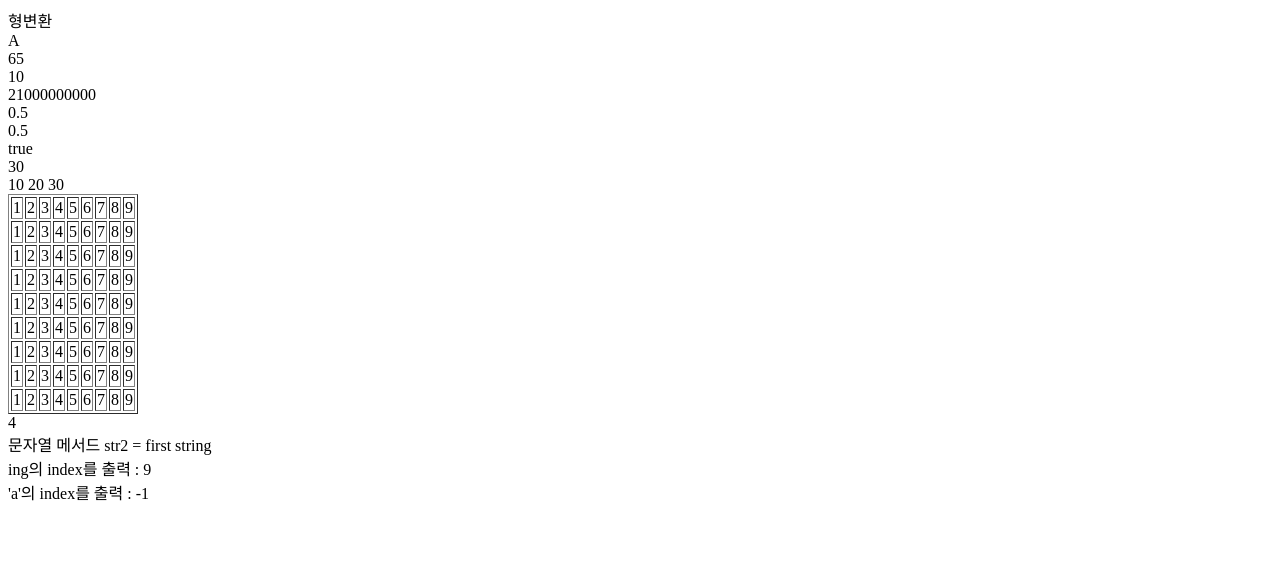
Repository: jeong3/Real_Time_Date
Page: http://localhost/jspGrammar1/Grammar1.jsp
An editor plug-in stored every save of this project. The page is shown before and after the next save, followed by the edit.
The browser window is 1280 px wide. The pictures show the whole page.
The page is served by Tomcat 9.

Above is the page before, as saved 2024-08-30 05:29:02.

### eclipse/eclipse-workspace/jspGrammar1/src/main/webapp/Grammar1.jsp
<%@ page language="java" contentType="text/html; charset=UTF-8"
    pageEncoding="UTF-8"%>
<!DOCTYPE html>
<html>
<head>
<meta charset="UTF-8">
<title>Insert title here</title>
</head>
<body>
	형변환 <br />
	<%= (char)65 %><br />
	<%= (int)'A' %><br />
	<%
	int i = 10;
	out.print(i + "<br />");
	long l = 210000000;
	l = 21000000000L;
	out.print(l+"<br />");
	float f = 0.5f;
	out.print(f+"<br />");
	double d = 0.5;
	out.print(d+"<br />");
	boolean bl = true;
	out.print (bl+"<br />");
	String str = "10";
	String str1 = "20";
	out.print(Integer.parseInt(str) + Integer.parseInt(str1)+"<br />");
	Integer i1 = 10; //boxing
	i = i1; //unboxing

	//배열
	int [] arrayInt = new int[3];
	arrayInt[0] = 10;
	arrayInt[1] = 20;
	arrayInt[2] = 30;
	for(int val : arrayInt){
		out.print(val+" ");
	}

	%><br />
	<table border="1">
	<%

	int tr = 1;
	while(tr <= 9){
		out.print("<tr>");
		int td = 1;
		while(td <= 9){
			out.print("<td>"+td+"</td>");
			td++;
		}
		out.print("</tr>");
		tr++;
	}
	%>
	</table>
	<%
	int num = 12 / 3;
	switch(num){
	case 1 : out.print("1"); break;
	case 2 : out.print("2"); break;
	case 3 : out.print("3"); break;
	case 4 : out.print("4"); break;
	default : out.print("해당 숫자 없음");
	}

	%> <br />
	문자열 메서드
	<%
		String str2 = "first string";
		String str3 = "second string";
	%>
	str2 = <%= str2 %><br />
	ing의 index를 출력 : <%= str2.indexOf("ing") %><br />
	'a'의 index를 출력 : <%= str2.indexOf('a') %><br />



















</body>
</html>

After the next save:
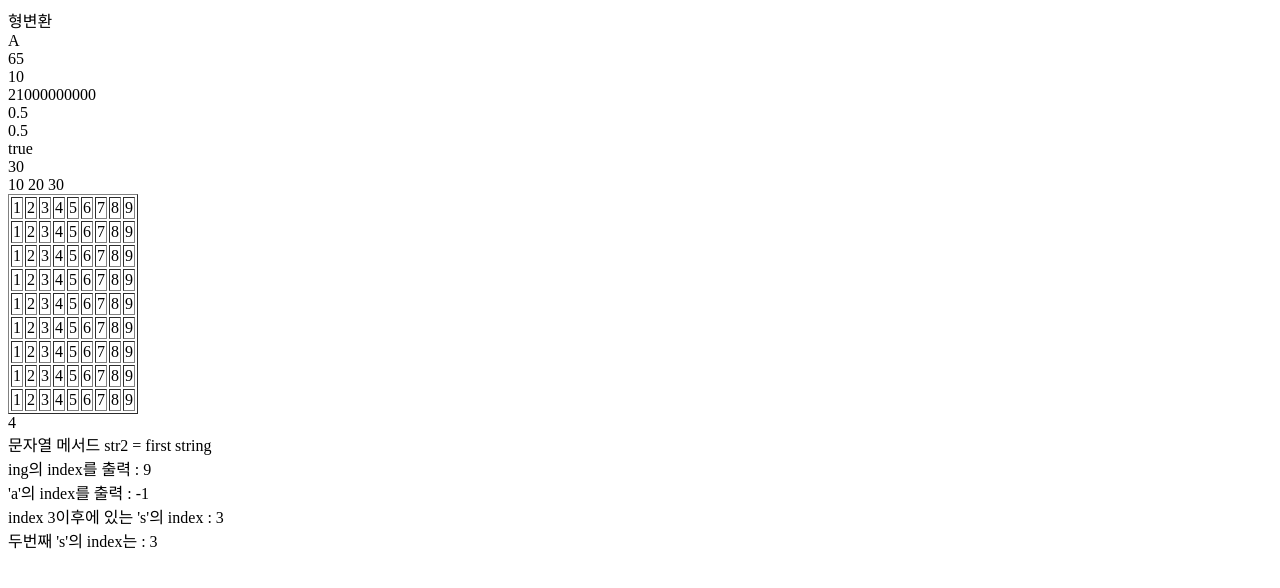
Saved 2 min 2 s later.
--- a/eclipse/eclipse-workspace/jspGrammar1/src/main/webapp/Grammar1.jsp
+++ b/eclipse/eclipse-workspace/jspGrammar1/src/main/webapp/Grammar1.jsp
@@ -72,7 +72,9 @@
 	%>
 	str2 = <%= str2 %><br />
 	ing의 index를 출력 : <%= str2.indexOf("ing") %><br />
-	'a'의 index를 출력 : <%= str2.indexOf('a') %><br />
+	'a'의 index를 출력 : <%= str2.indexOf('a') %><br /> <!--  -1을 출력 -->
+	index 3이후에 있는 's'의 index : <%= str2.indexOf('s',3) %><br />
+	두번째 's'의 index는 : <%= str2.indexOf('s',str2.indexOf('s')) %><br />
 
 
 
